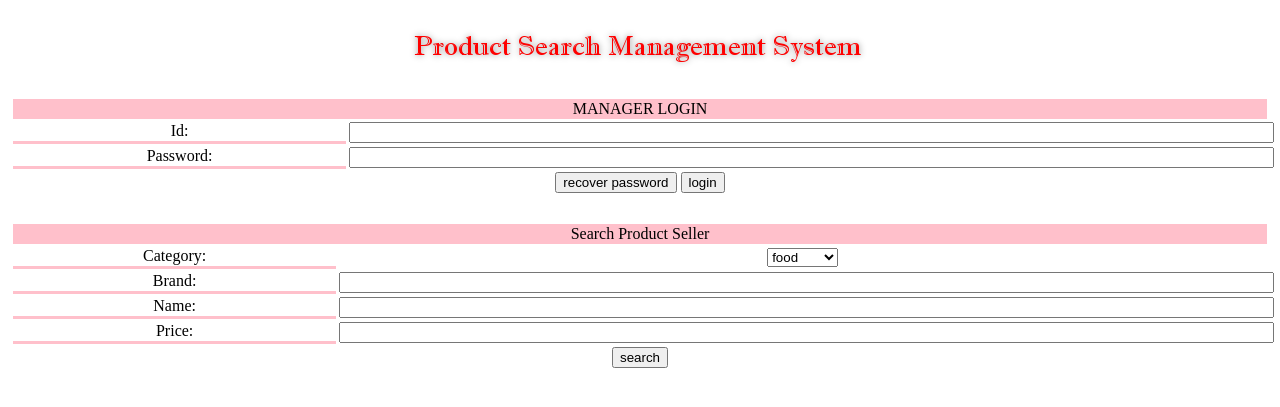
Repository: DishantVaghela/ProductSearchManagementSystem
Page: http://localhost/ProductSearchManagementSystem/
The author's editor kept a copy of each file at every save. The page is drawn from the files as they stood at one save, then again after the next save.
The browser window is 1280 px wide. The pictures show the whole page.
The page is served by Tomcat 9. Other server files are loaded and not shown.

Above is the page before, as saved 2017-04-28 23:01:40.

### ProductSearchManagementSystem/WebContent/index.jsp
<%@ page language="java" contentType="text/html; charset=ISO-8859-1"
    pageEncoding="ISO-8859-1"%>
<!DOCTYPE html PUBLIC "-//W3C//DTD HTML 4.01 Transitional//EN" "http://www.w3.org/TR/html4/loose.dtd">
<html>
<head>
<meta http-equiv="Content-Type" content="text/html; charset=ISO-8859-1">
<title>Product Search Management System</title>
<link rel="stylesheet" type="text/css" href="productSearchManagementSystem.css">
</head>
<body>
	<table>
		<tr>
			<td>
				<form action="ManagerLoginService" method="post">
					<table>
						<tr>
							<td align="center" colspan="2"><img src="productSearchManagementSystemlLogo.png"></td>
						</tr>
						<tr>
							<td colspan="2"><br></td>
						</tr>
						<tr>
							<td colspan="2" bgcolor="pink">MANAGER LOGIN</td>
						</tr>
						<tr>
							<td class="title">Id:</td>
							<td><input type="text" name="textFieldId"></td>
						</tr>
						<tr>
							<td class="title">Password:</td>
							<td><input type="password" name="textFieldPassword"></td>
						</tr>

						<tr>
							<td colspan="2">
								<input type="submit" value="recover password" name="buttonRecoverPassword">
								<input type="submit" value="login" name="buttonLogin">
							</td>
						</tr>
					</table>
				</form>
			</td>
		</tr>
		<tr>
			<td>
				<form action="searchProductSeller.jsp">
					<table>
						<tr>
							<td colspan="2"><br></td>
						</tr>
						<tr>
							<td colspan="2" bgcolor="pink">Search Product Seller</td>
						</tr>
						<tr>
							<td class="title">Category:</td>
							<td>
								<select name="selectCategory">
									<option>food</option>
									<option>clothes</option>
									<option>furniture</option>
								</select>
							</td>
						</tr>
						<tr>
							<td class="title">Brand:</td>
							<td><input type="text" name="textFieldBrand"></td>
						</tr>
						<tr>
							<td class="title">Name:</td>
							<td><input type="text" name="textFieldName"></td>
						</tr>
						<tr>
							<td class="title">Price:</td>
							<td><input type="text" name="textFieldPrice"></td>
						</tr>
						<tr>
							<td colspan="2">
								<input type="submit" value="search"  name="buttonSearch">
							</td>
						</tr>
					</table>
				</form>
			</td>
		</tr>
	</table>
</body>
</html>

### ProductSearchManagementSystem/WebContent/productSearchManagementSystem.css
@CHARSET "ISO-8859-1";

input[type=text], input[type=password] {
	width: 100%;
}

table {
	text-align: center;
	width: 100%;
}

.title {
	border-bottom: 3px solid pink;
}

After the next save:
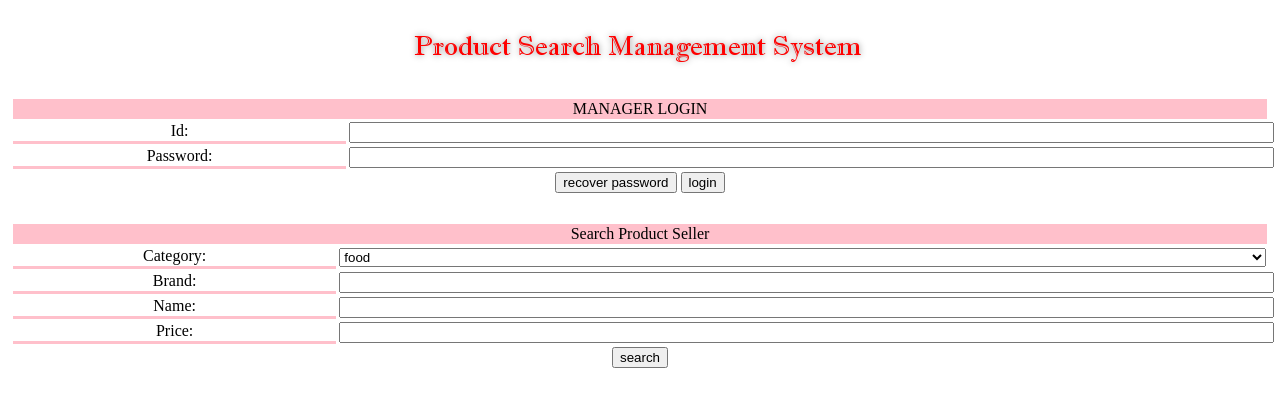
Saved 39 s later.
--- a/ProductSearchManagementSystem/WebContent/productSearchManagementSystem.css
+++ b/ProductSearchManagementSystem/WebContent/productSearchManagementSystem.css
@@ -1,6 +1,6 @@
 @CHARSET "ISO-8859-1";
 
-input[type=text], input[type=password] {
+input[type=text], input[type=password], select {
 	width: 100%;
 }
 
